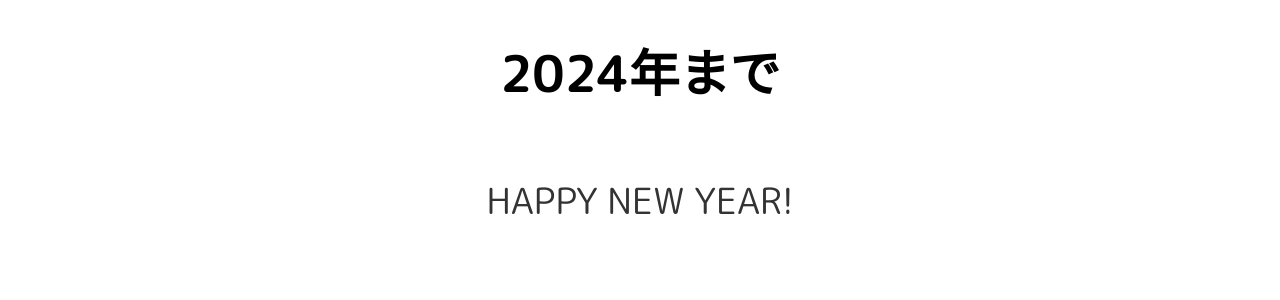
Repository: end888160/end888160.github.io
Page: countdown.ja.html
The author's editor kept a copy of each file at every save. The page is drawn from the files as they stood at one save, then again after the next save.
The browser window is 1280 px wide. The pictures show the whole page.

Above is the page before, as saved 2024-09-23 14:06:23.
Console error: TypeError: Cannot set properties of null (setting 'innerHTML')

### countdown.ja.html

<!DOCTYPE html>
<html lang="en">
<head>
	<meta charset="UTF-8">
	<meta name="viewport" content="width=device-width, initial-scale=1.0">
	<meta name="description" content="Let's celebrate the New Year!">
	<link rel="preconnect" href="https://fonts.googleapis.com">
	<link rel="preconnect" href="https://fonts.gstatic.com" crossorigin>
	<link href="https://fonts.googleapis.com/css2?family=M+PLUS+Rounded+1c:wght@100;300;400;500;700;800;900&display=swap" rel="stylesheet">
	<title>Countdown</title>
	<style>
	body {
		font-family: "M PLUS Rounded 1c", "Lato", "Noto Sans JP", "ヒラギノ角ゴ ProN", "Hiragino Kaku Gothic ProN", "メイリオ", Meiryo, "ＭＳ Ｐゴシック", "MS PGothic", sans-serif;
	}
	#countdown {
		display: flex;
		justify-content: center;
		font-family:  sans-serif;
  		font-weight: 400;
		  font-size: 5vh;
		margin-top: 5%;
		color: #333;
		border-color: white;
		font-family: "M PLUS Rounded 1c", "Lato", "Noto Sans JP", "ヒラギノ角ゴ ProN", "Hiragino Kaku Gothic ProN", "メイリオ", Meiryo, "ＭＳ Ｐゴシック", "MS PGothic", sans-serif;

	}
	.counttdown-table {
		display: table;
	}

	.countdown-item {
		margin: 0 10px;
		text-align: center;
		display: table-cell;
  		font-style: normal;

	}

	.countdown-value {
		font-size: 2em;
		font-weight: bold;
		padding-left: 20px;
		padding-right: 20px;

	}

	.countdown-label {
		font-size: 0.8em;
		text-align: center;
		color: #777;
		font-weight: 400;
	}
	h1 {
		text-align: center;
		font-size: 7vh;

	}

	@media (prefers-color-scheme: light) {
		html {
			background-color: white;
			color: black;
		}
		h2 {
			color:white;
		}
	}
	@media (prefers-color-scheme: dark) {
		.countdown-item {
			color: #bbb
		}
		h2 {
			color:black;
		}
		html {
			background-color: black;
			color: white;
		}
	}
	@media only screen and (orientation: portrait) {
		.countdown {
			display: table-row-group;
		}
		.countdown-item {
			display: table-row;
		}
		.countdown-label {
			display: table-cell;
			text-align: left;
		}
		.countdown-value {
			display: table-cell;
			padding-top: 5%;
			text-align: right;

		}
		h1 {
			font-size: xx-large;
		}
	}
	</style>
</head>

<body>
	<h1 id="header">NEW YEAR COUNTDOWN</h1>

<div id="countdown">
	<div id="countdown-table">
	<div class="countdown-item">
		<div class="countdown-value"><span id="days"></span></div>
		<div class="countdown-label">日</div>
	</div>

	<div class="countdown-item">
		<div class="countdown-value"><span id="hours"></span></div>
		<div class="countdown-label">時間</div>
	</div>

	<div class="countdown-item">
		<div class="countdown-value"><span id="minutes"></span></div>
		<div class="countdown-label">分</div>
	</div>

	<div class="countdown-item">
		<div class="countdown-value"><span id="seconds"></span></div>
		<div class="countdown-label">秒</div>
	</div>

	<div class="countdown-item">
		<div class="countdown-value"><span id="mseconds"></span></div>
		<div class="countdown-label"><br></div>
	</div>
</div>
</div>

<script>

// Update the count down every 1 second]
if ( new Date().getMonth() + 1 === 1 )  {
    var IfMonth = true
} else {
	var IfMonth = "false"
}
if ( new Date().getDate() === 1 )  {
    var IfDate = true
} else {
	var IfMonth = "false"
}
if ( IfMonth === IfDate ) {
    var countDownTarget = new Date().getFullYear();
} else {
	var countDownTarget = new Date().getFullYear() + 1;
}


var x = setInterval(function countdown() {

	// Set the date we're counting down to
	var countDownDate = new Date("Jan 1, " + countDownTarget + " 00:00:00").getTime();
	var currentTimeZone = Intl.DateTimeFormat().resolvedOptions().timeZone
	var offsetTimeZone = new Date().getTimezoneOffset();

	if (offsetTimeZone > 0){
    var offsetTimeZonem = offsetTimeZone - (Math.floor(offsetTimeZone / 60) * 60);
    } else if (offsetTimeZone < 0){
      var offsetTimeZonem = offsetTimeZone - (Math.ceil(offsetTimeZone / 60) * 60);
    }

    offsetTimeZone = (offsetTimeZone / 60) * (-1);
    if (offsetTimeZone > 0){
       var offsetTimeZone = "+" + offsetTimeZone;
    } else if (offsetTimeZonem < 10){
       var offsetTimeZonem = "0" + offsetTimeZonem;
	}

	// Get today's date and time
	var now = new Date().getTime();

	// Find the distance between now and the count down date
	var distance = countDownDate - now;

	// Time calculations for days, hours, minutes and seconds
	var days = Math.floor(distance / (1000 * 60 * 60 * 24));
	var hours = Math.floor((distance % (1000 * 60 * 60 * 24)) / (1000 * 60 * 60));
	var hour = hours < 10 ? "0" + hours : hours;
	var minutes = Math.floor((distance % (1000 * 60 * 60)) / (1000 * 60));
	var minute = minutes < 10 ? "0" + minutes : minutes;
	var seconds = Math.floor((distance % (1000 * 60)) / 1000);
	var second = seconds < 10 ? "0" + seconds : seconds;
	var mseconds = Math.floor(distance % 1000);
	var msecond = mseconds < 10 ? "0" + "0" + mseconds : mseconds < 100 ? "0" + mseconds : mseconds;

	// Display the result in the element with id="countdown"
	document.getElementById("days").innerHTML = days;
	document.getElementById("hours").innerHTML = hour;
	document.getElementById("minutes").innerHTML = minute;
	document.getElementById("seconds").innerHTML = second;
	document.getElementById("mseconds").innerHTML = msecond;
	document.getElementById("header").innerHTML =　countDownTarget + "年まで";


	// If the count down is finished, write some text
	if (distance < 0) {
		clearInterval(x);
		document.getElementById("countdown").innerHTML = "HAPPY NEW YEAR!";
	}
	setTimeout(countdown, 1);
}, 0);
document.title = "Countdown to " + countDownTarget;
</script>
</body>
</html>

After the next save:
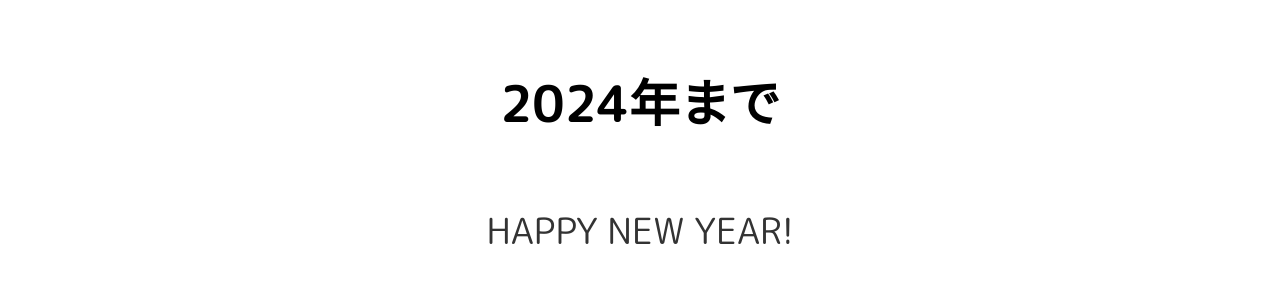
Saved 30 s later.
--- a/countdown.ja.html
+++ b/countdown.ja.html
@@ -10,8 +10,12 @@
 	<link href="https://fonts.googleapis.com/css2?family=M+PLUS+Rounded+1c:wght@100;300;400;500;700;800;900&display=swap" rel="stylesheet">
 	<title>Countdown</title>
 	<style>
+	html {
+		font-family: "M PLUS Rounded 1c", "Lato", "Noto Sans JP", "ヒラギノ角ゴ ProN", "Hiragino Kaku Gothic ProN", "メイリオ", Meiryo, "ＭＳ Ｐゴシック", "MS PGothic", sans-serif;
+		transition:ease 0.33s;
+	}
 	body {
-		font-family: "M PLUS Rounded 1c", "Lato", "Noto Sans JP", "ヒラギノ角ゴ ProN", "Hiragino Kaku Gothic ProN", "メイリオ", Meiryo, "ＭＳ Ｐゴシック", "MS PGothic", sans-serif;
+		margin-top:5%;
 	}
 	#countdown {
 		display: flex;
@@ -21,7 +25,6 @@
 		  font-size: 5vh;
 		margin-top: 5%;
 		color: #333;
-		border-color: white;
 		font-family: "M PLUS Rounded 1c", "Lato", "Noto Sans JP", "ヒラギノ角ゴ ProN", "Hiragino Kaku Gothic ProN", "メイリオ", Meiryo, "ＭＳ Ｐゴシック", "MS PGothic", sans-serif;
 
 	}
@@ -79,6 +82,9 @@
 		}
 	}
 	@media only screen and (orientation: portrait) {
+		body {
+			margin-top:2.5%;
+		}
 		.countdown {
 			display: table-row-group;
 		}
